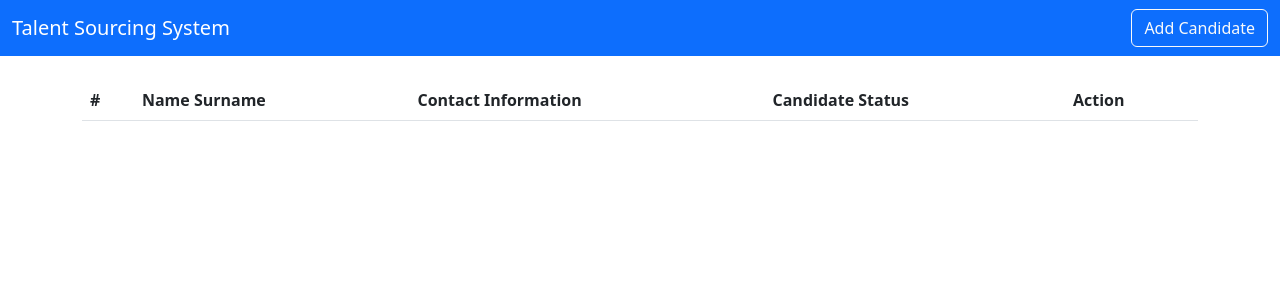
Repository: mfd10/talent-sourcing-system-frontend
Page: /
These files come from the project's save history. The page is drawn as it stood at one moment and after the next save; the edit follows.
The browser window is 1280 px wide. The pictures show the whole page.
The page's requests for data from a server got no answer. The project was rebuilt for these pictures with package versions that can differ from the ones it lists, and the page was loaded fresh each time. No one was signed in, and anything a server would have sent is missing. Also part of the build but not shown: src/users/AddCandidates.js, src/users/EditCandidate.js, src/users/ViewCandidate.js, src/users/EditInteractions.js. Imported but missing from the stored project, and not drawn on this page: src/component/pop-up.

Above is the page before, as saved 2022-11-15 00:40:34.

### src/index.js
import React from 'react';
import ReactDOM from 'react-dom/client';
import App from './App';
import reportWebVitals from './reportWebVitals';

const cors = require('cors');
const corsOptions ={
    origin:'http://localhost:3000',
    credentials:true,            //access-control-allow-credentials:true
    optionSuccessStatus:200
}

const root = ReactDOM.createRoot(document.getElementById('root'));
root.render(
  <React.StrictMode>
    <App />
  </React.StrictMode>
);

// If you want to start measuring performance in your app, pass a function
// to log results (for example: reportWebVitals(console.log))
// or send to an analytics endpoint. Learn more: https://bit.ly/CRA-vitals
reportWebVitals();
App.use(cors(corsOptions));

### src/App.js
import "../node_modules/bootstrap/dist/css/bootstrap.min.css";
import Navbar from "./layout/Navbar";
import Home from "./pages/Home";
import { BrowserRouter as Router, Routes, Route } from "react-router-dom";
import AddCandidates from "./users/AddCandidates";
import EditCandidate from "./users/EditCandidate";
import Viewcandidate from "./users/ViewCandidate";
import EditInteractions from "./users/EditInteractions";

function App() {
  return (
    <div className="App">
      <Router>
        <Navbar></Navbar>
        <Routes>
          <Route exact path="/" element={<Home /> }></Route>
          <Route exact path="/addcandidate" element={<AddCandidates /> }></Route>
          <Route exact path="/edit/:id" element={<EditCandidate></EditCandidate>}></Route>
          <Route exact path="/view/:id" element={<Viewcandidate></Viewcandidate>}></Route>
          <Route exact path="/edit/interactions/:id" element={<EditInteractions></EditInteractions>}></Route>
        </Routes>
      </Router>
    </div>
  );
}

export default App;

### src/layout/Navbar.js
import React from "react";
import { Link } from "react-router-dom";

export default function Navbar() {
  return (
    <div>
      <nav className="navbar navbar-expand-lg navbar-dark bg-primary">
        <div className="container-fluid">
          <a href="/#" className="navbar-brand">
            Talent Sourcing System
          </a>
          <button
            className="navbar-toggler"
            type="button"
            data-bs-toggle="collapse"
            data-bs-target="#navbarSupportedContent"
            aria-controls="navbarSupportedContent"
            aria-expanded="false"
            aria-label="Toggle navigation"
          >
            <span className="navbar-toggler-icon"></span>
          </button>
          <Link className="btn btn-outline-light" to="/addcandidate">
            Add Candidate
          </Link>
        </div>
      </nav>
    </div>
  );
}

### src/pages/Home.js
import React, { useEffect, useState } from "react";
import axios from "axios";
import { Link, useParams } from "react-router-dom";

export default function Home() {
  const [candidates, setCandidates] = useState([]);

  const { id } = useParams();


  useEffect(() => {
    loadCandidates();
  }, []);



  const loadCandidates = async () => {
    const result = await axios.get("http://localhost:8080/api/v1/candidates");
    setCandidates(result.data);

  };

  const deleteCandidate = async (id) => {
    await axios.delete(`http://localhost:8080/api/v1/candidates/${id}`);
    loadCandidates();
  };

  return (
    <div className="container">
      <div className="py-4">
        <table className="table table-striped ">
          <thead>
            <tr>
              <th scope="col">#</th>
              <th scope="col">Name Surname</th>
              <th scope="col">Contact Information</th>
              <th scope="col">Candidate Status</th>
              <th scope="col">Action</th>
            </tr>
          </thead>
          <tbody>
            {candidates.map((candidate, index) => (
              <tr>
                <th scope="row" key={index}>
                  {index + 1}
                </th>
                <td>{candidate.name}</td>
                <td>{candidate.contact_information}</td>
                <td>{candidate.status}</td>
                <td>
                  <Link
                    className="btn btn-primary mx-2"
                    to={`/view/${candidate.id}`}
                  >
                    View
                  </Link>

                  <Link
                    className="btn btn-outline-primary mx-2"
                    to={`/edit/${candidate.id}`}
                  >
                    Edit
                  </Link>
                  <button
                    className="btn btn-danger mx-2"
                    onClick={() => deleteCandidate(candidate.id)}
                  >
                    Delete
                  </button>
                </td>
              </tr>
            ))}
          </tbody>
        </table>
      </div>
    </div>
  );
}

Loaded but not shown: public/index.html (common file); src/reportWebVitals.js (common file)

After the next save:
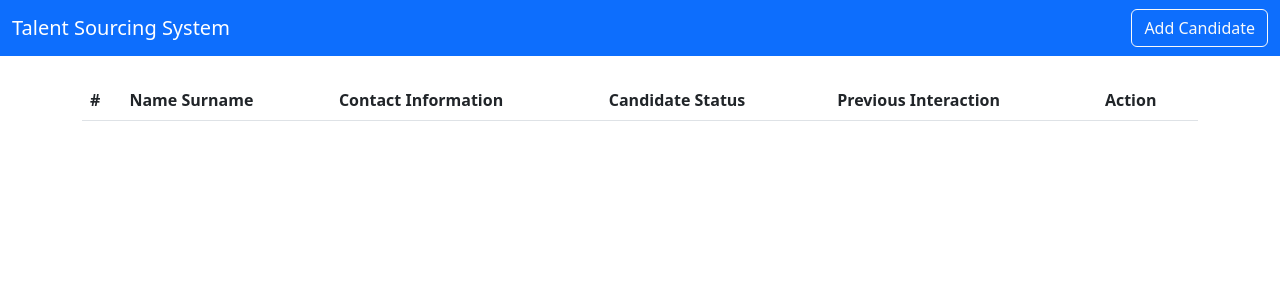
Saved 4 min 59 s later.
--- a/src/pages/Home.js
+++ b/src/pages/Home.js
@@ -35,6 +35,7 @@ export default function Home() {
               <th scope="col">Name Surname</th>
               <th scope="col">Contact Information</th>
               <th scope="col">Candidate Status</th>
+              <th scope="col">Previous Interaction</th>
               <th scope="col">Action</th>
             </tr>
           </thead>
@@ -45,6 +46,7 @@ export default function Home() {
                   {index + 1}
                 </th>
                 <td>{candidate.name}</td>
+                <td>{candidate.contact_information}</td>
                 <td>{candidate.contact_information}</td>
                 <td>{candidate.status}</td>
                 <td>
